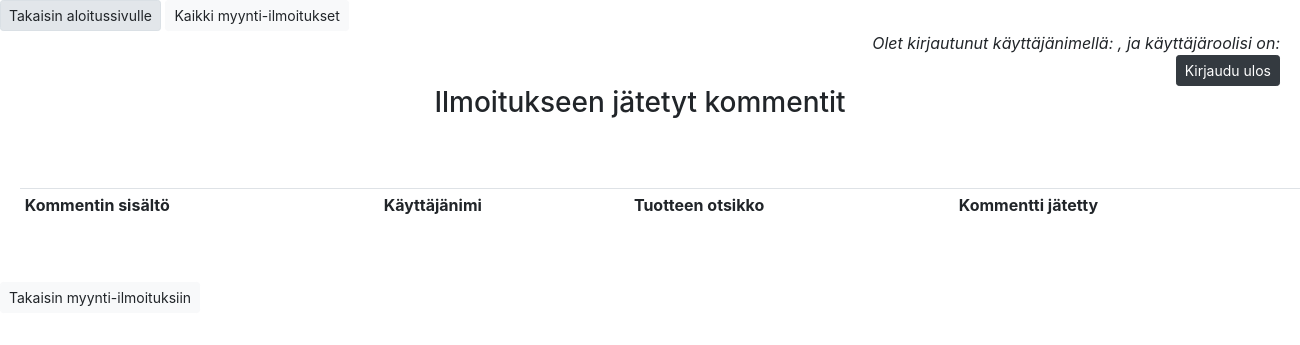
Repository: LiljestromNadja/Backend_s2023_harjoitustyo
Page: http://localhost/articleComments
The author's editor kept a copy of each file at every save. The page is drawn from the files as they stood at one save, then again after the next save.
The browser window is 1280 px wide. The page is 1300 px wide, so the pictures cover 1300 px, including what lies to the right of the window. The pictures show the whole page.
The page is this project's Thymeleaf template; nobody is signed in. The template is opened directly, without the code that normally fills it, so the values that code supplies are empty.

Above is the page before, as saved 2023-11-10 18:22:28.

After the next save:
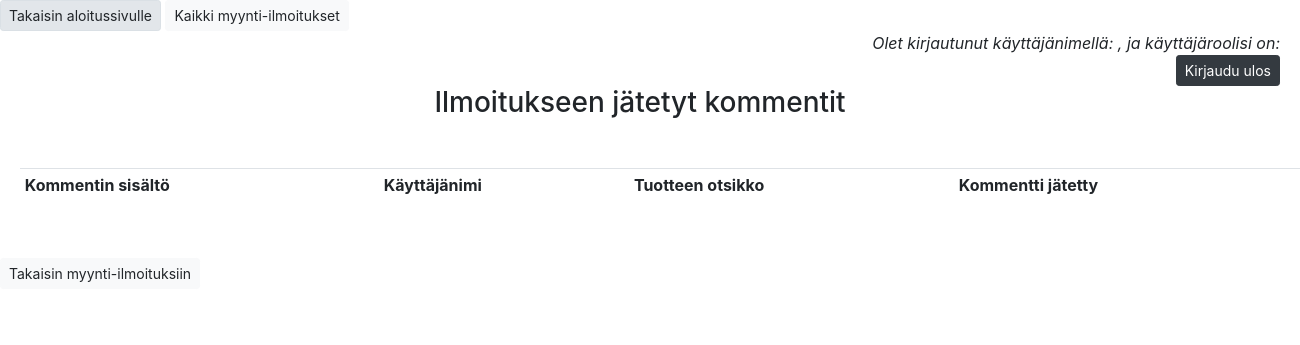
Saved 21 s later.
--- a/harkkas23v01/src/main/resources/templates/articleComments.html
+++ b/harkkas23v01/src/main/resources/templates/articleComments.html
@@ -27,7 +27,7 @@
 		<h3 style="text-align: center">Ilmoitukseen jätetyt kommentit</h3>
 
 		<div style="clear: both; display: block; height: 40px;"></div>
-		<table style="margin: 20px" class="table table-hover table-sm">
+		<table style="margin-left: 20px" class="table table-hover table-sm">
 			<tr>
 				<th>Kommentin sisältö</th> <!-- th == tableHeader -->
 	<!-- 		<th>User</th>  -->
